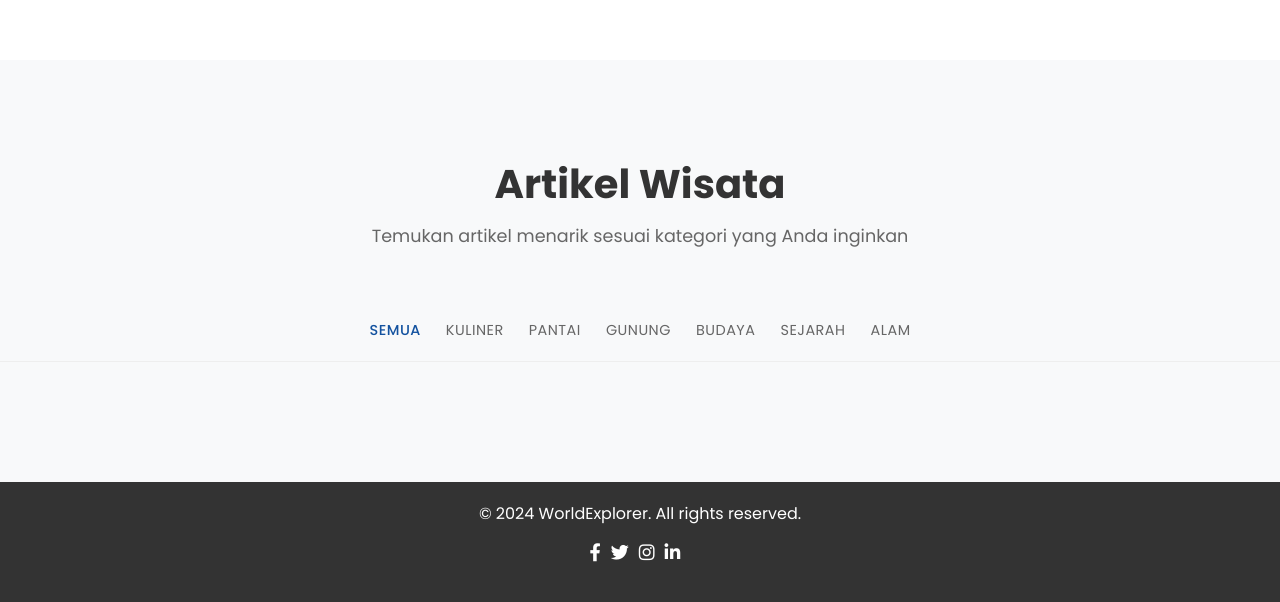
Repository: jalssonn/UAS_FRONTEND_NEW
Page: frontend/index.html
The author's editor kept a copy of each file at every save. The page is drawn from the files as they stood at one save, then again after the next save.
The browser window is 1280 px wide. The pictures show the part of the page from y = 3750 to 4352 px (the page is 4352 px tall).
A picture or video elsewhere on the page could not be fetched, so the positions and the page height are approximate. The page's requests for data from a server got no answer.

Above is the page before, as saved 2024-12-06 04:10:08.

### frontend/index.html
<!DOCTYPE html>
<html ng-app="articleApp">
<head>
    <title>WorldExplorer</title>
    <!-- Fonts -->
    <link href="https://fonts.googleapis.com/css2?family=Poppins:wght@400;500;600;700&display=swap" rel="stylesheet">

    <!-- Dependencies -->
    <script src="https://ajax.googleapis.com/ajax/libs/angularjs/1.8.2/angular.min.js"></script>
    <link href="https://cdn.jsdelivr.net/npm/bootstrap@5.1.3/dist/css/bootstrap.min.css" rel="stylesheet">
    <link rel="stylesheet" href="https://cdnjs.cloudflare.com/ajax/libs/font-awesome/5.15.4/css/all.min.css">

    <!-- Custom CSS -->
    <link rel="stylesheet" href="styles/main.css">
</head>
<body>
    <div ng-controller="ArticleController">
        <!-- Navbar -->
        <nav class="navbar navbar-expand-lg">
            <div class="container">
                <a class="navbar-brand" href="#">
                    <i class="fas fa-globe-asia me-2"></i>WorldExplorer
                </a>
                <div class="d-flex align-items-center">
                    <div ng-if="isLoggedIn()">
                        <a href="profile.html" class="btn btn-light me-2">
                            <i class="fas fa-user"></i> {{user.username}}
                        </a>
                        <a href="/admin/dashboard.html" class="btn btn-primary me-2" ng-if="user.role === 'admin'">
                            Admin Dashboard
                        </a>
                        <button class="btn btn-outline-light" ng-click="logout()">Logout</button>
                    </div>
                    <div ng-if="!isLoggedIn()">
                        <a href="login.html" class="btn btn-outline-light me-2">Login</a>
                        <a href="register.html" class="btn btn-light">Register</a>
                    </div>
                </div>
            </div>
        </nav>

        <!-- Hero Section with Carousel Background -->
        <div class="hero-section">
            <div class="carousel-background"
                 ng-repeat="image in backgroundImages"
                 ng-style="{'background-image': 'url(' + image + ')'}"
                 ng-class="{'active': $index === currentBackgroundIndex, 'prev': $index === prevBackgroundIndex}">
                <div class="overlay"></div>
            </div>

            <div class="hero-content">
                <h1>WorldExplorer</h1>
                <p>Temukan destinasi wisata impian Anda dari berbagai penjuru dunia</p>

                <!-- Search Box -->
                <div class="search-container">
                    <form ng-submit="searchArticles()" class="search-form">
                        <div class="search-wrapper">
                            <input type="text"
                                   ng-model="searchQuery"
                                   placeholder="Cari destinasi wisata impian Anda..."
                                   class="search-input"
                                   required>
                            <button type="submit" class="search-button">
                                <i class="fas fa-search"></i>
                            </button>
                        </div>
                    </form>
                </div>
            </div>
        </div>

        <!-- Why WorldExplorer Section -->
        <div class="why-aviatour-section">
            <h2 class="section-title">Why WorldExplorer</h2>

            <div class="features-container">
                <div class="feature-item">
                    <div class="feature-content">
                        <h3>Penyedia Perjalanan Terbaik</h3>
                        <p>Kami berkomitmen menjadikan setiap liburan Anda penuh cerita berharga...</p>
                    </div>
                    <div class="feature-image">
                        <img src="images/feature-1.jpg" alt="Penyedia Perjalanan Terbaik">
                    </div>
                </div>

                <div class="feature-item reverse">
                    <div class="feature-content">
                        <h3>Layanan Agen Berpengalaman</h3>
                        <p>Dengan jam terbang yang tinggi, tim kami siap memberikan solusi terbaik...</p>
                    </div>
                    <div class="feature-image">
                        <img src="images/feature-2.jpg" alt="Layanan Agen Berpengalaman">
                    </div>
                </div>

                <div class="feature-item">
                    <div class="feature-content">
                        <h3>Pelayanan Premium dan Personal</h3>
                        <p>Rasakan perbedaan dengan pelayanan terbaik dan personal yang kami tawarkan...</p>
                    </div>
                    <div class="feature-image">
                        <img src="images/feature-3.jpg" alt="Pelayanan Premium">
                    </div>
                </div>

                <div class="feature-item reverse">
                    <div class="feature-content">
                        <h3>Nikmati Liburan Tanpa Beban</h3>
                        <p>Rasakan kebebasan sejati saat berlibur! Dengan pelayanan menyeluruh di setiap aspek...</p>
                    </div>
                    <div class="feature-image">
                        <img src="images/feature-4.jpg" alt="Liburan Tanpa Beban">
                    </div>
                </div>
            </div>
        </div>

        <!-- Loading State -->
        <div ng-if="loading" class="loading-spinner">
            <i class="fas fa-spinner fa-spin fa-2x"></i>
            <p>Memuat artikel...</p>
        </div>

        <!-- Error Message -->
        <div ng-if="error" class="alert alert-danger">
            <i class="fas fa-exclamation-circle me-2"></i>{{error}}
        </div>

        <!-- Travel Tips Section -->
        <div class="travel-tips-section">
            <div class="section-header">
                <h2>Travel Tips</h2>
                <p>Kiat-kiat perjalanan untuk pengalaman wisata yang lebih baik</p>
            </div>

            <button class="travel-nav-btn prev" ng-click="prevTip()">
                <i class="fas fa-chevron-left"></i>
            </button>
            <button class="travel-nav-btn next" ng-click="nextTip()">
                <i class="fas fa-chevron-right"></i>
            </button>

            <div class="travel-tips-container">
                <div class="tip-card" ng-repeat="tip in travelTips">
                    <img ng-src="{{tip.image}}" alt="{{tip.title}}">
                    <div class="tip-content">
                        <h3 class="tip-title">{{tip.title}}</h3>
                        <a href="{{tip.link}}" class="tip-link">
                            SEE MORE <i class="fas fa-arrow-right"></i>
                        </a>
                    </div>
                </div>
            </div>
        </div>

        <!-- Filter Section -->
        <div class="filter-title-section">
            <h2>Artikel Wisata</h2>
            <p>Temukan artikel menarik sesuai kategori yang Anda inginkan</p>
        </div>

        <div class="filter-section">
            <div class="category-list">
                <button class="category-btn"
                        ng-class="{'active': filter.category === ''}"
                        ng-click="filterByCategory('')">
                    Semua
                </button>
                <button class="category-btn"
                        ng-repeat="category in categories"
                        ng-class="{'active': filter.category === category}"
                        ng-click="filterByCategory(category)">
                    {{category}}
                </button>
            </div>
        </div>

        <!-- Articles List -->
        <div class="article-container">
            <div class="article-card" ng-repeat="article in articles">
                <img ng-src="{{article.image}}" alt="{{article.title}}" class="article-image">
                <div class="article-content">
                    <h3 class="article-title">{{article.title}}</h3>
                    <p class="article-description">{{article.content | truncate:100}}</p>
                    <div class="article-meta">
                        <span class="category">
                            <i class="fas fa-tag"></i> {{article.category}}
                        </span>
                        <span class="country">
                            <i class="fas fa-globe"></i> {{article.country}}
                        </span>
                    </div>
                    <button class="read-more-btn" ng-click="readMore(article)">
                        Baca Selengkapnya
                    </button>
                </div>
            </div>
        </div>

        <!-- View More Articles -->
        <div class="view-more-container" ng-if="articles.length > 0">
            <button class="view-more-btn" ng-click="viewAllArticles()">
                View More Articles <i class="fas fa-arrow-right"></i>
            </button>
        </div>

        <!-- Footer Section -->
        <footer class="footer">
            <div class="container">
                <div class="row justify-content-center">
                    <div class="col-auto text-center">
                        <p>&copy; 2024 WorldExplorer. All rights reserved.</p>
                    </div>
                    <div class="col-md-6 text-md-end">
                        <ul class="social-links">
                            <li><a href="#" class="fab fa-facebook-f"></a></li>
                            <li><a href="#" class="fab fa-twitter"></a></li>
                            <li><a href="#" class="fab fa-instagram"></a></li>
                            <li><a href="#" class="fab fa-linkedin-in"></a></li>
                        </ul>
                    </div>
                </div>
            </div>
        </footer>


    </div>

    <script src="script.js"></script>
</body>
</html>

Loaded but not shown: frontend/script.js (216 lines, source omitted); frontend/styles/main.css (917 lines, source omitted)

After the next save:
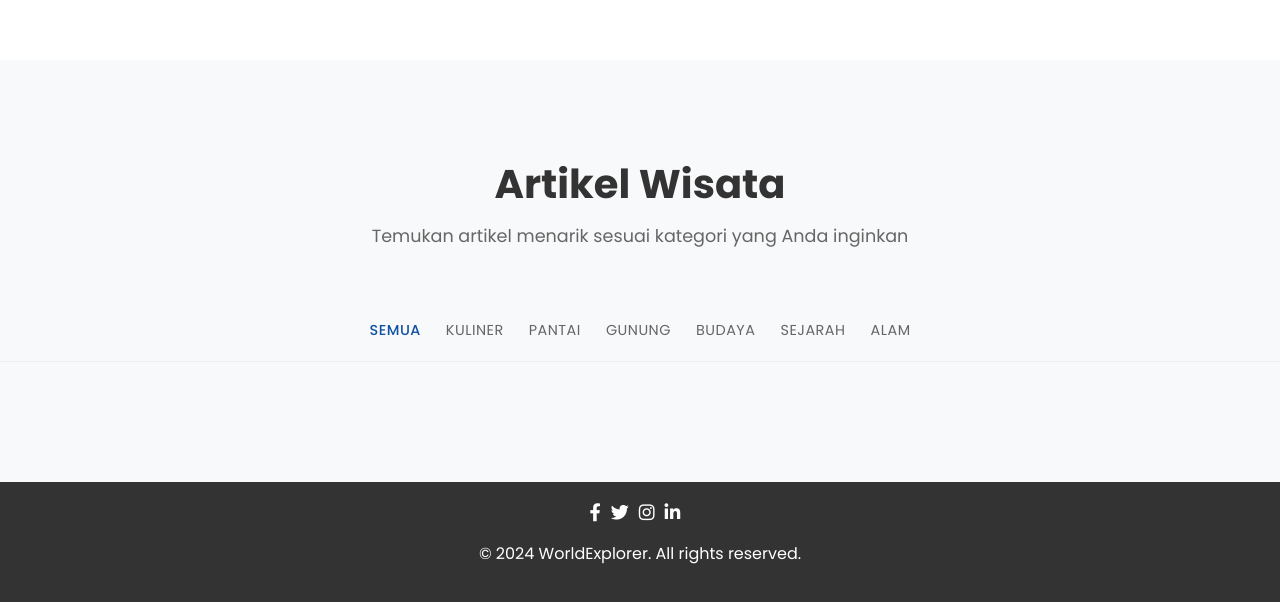
Saved 38 s later.
--- a/frontend/index.html
+++ b/frontend/index.html
@@ -210,9 +210,6 @@
         <footer class="footer">
             <div class="container">
                 <div class="row justify-content-center">
-                    <div class="col-auto text-center">
-                        <p>&copy; 2024 WorldExplorer. All rights reserved.</p>
-                    </div>
                     <div class="col-md-6 text-md-end">
                         <ul class="social-links">
                             <li><a href="#" class="fab fa-facebook-f"></a></li>
@@ -221,6 +218,9 @@
                             <li><a href="#" class="fab fa-linkedin-in"></a></li>
                         </ul>
                     </div>
+                    <div class="col-auto text-center">
+                        <p>&copy; 2024 WorldExplorer. All rights reserved.</p>
+                    </div>
                 </div>
             </div>
         </footer>
